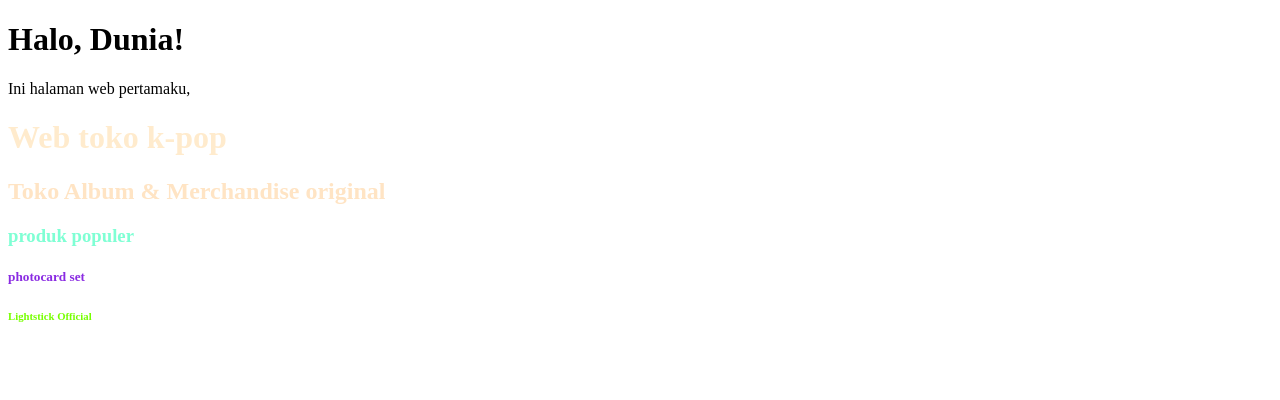
Repository: sekartazivi/241552010020-Web-Application-Development
Page: test.html
The author's editor kept a copy of each file at every save. The page is drawn from the files as they stood at one save, then again after the next save.
The browser window is 1280 px wide. The pictures show the whole page.

Above is the page before, as saved 2026-02-20 08:38:54.

### test.html
<!DOCTYPE html>
<html lang="en">
<head>
    <meta charset="UTF-8">
    <meta name="viewport" content="width=device-width, initial-scale=<,>">
    <title>Document</title>
</head>
<body>
    <h1 style="color: black;">Halo, Dunia!</h1>
    <p>Ini halaman web pertamaku,</p>
    <h1 style="color: blanchedalmond;">Web toko k-pop</h1>
    <h2 style="color: bisque;">Toko Album & Merchandise original</h2>
    <h3 style="color: aquamarine;" >produk populer</h3>
    <h4 style="color: aqua;" ></h4>
    <h5 style="color: blueviolet;">photocard set</h5>
    <h6 style="color: rgb(119, 255, 0);">Lightstick Official</h6>
</body>
</html>

After the next save:
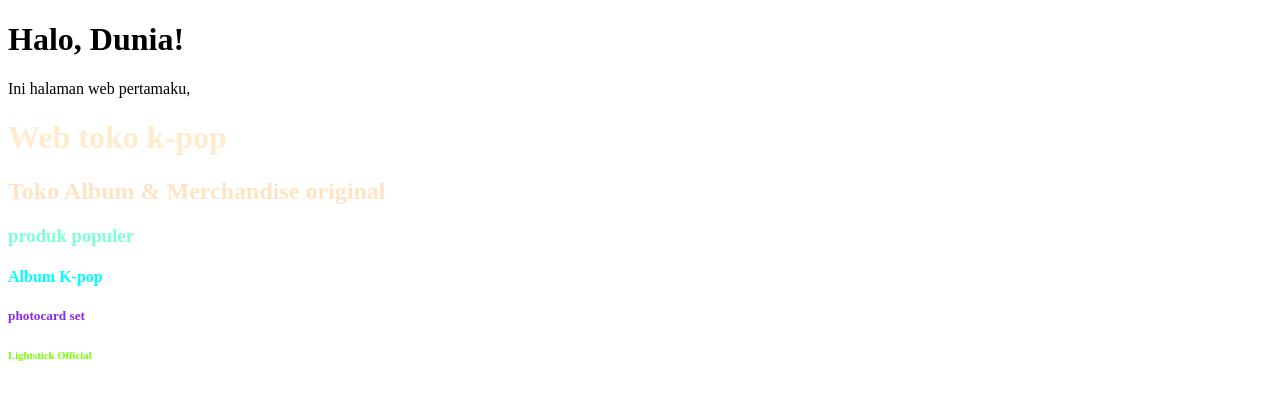
Saved 14 s later.
--- a/test.html
+++ b/test.html
@@ -11,7 +11,7 @@
     <h1 style="color: blanchedalmond;">Web toko k-pop</h1>
     <h2 style="color: bisque;">Toko Album & Merchandise original</h2>
     <h3 style="color: aquamarine;" >produk populer</h3>
-    <h4 style="color: aqua;" ></h4>
+    <h4 style="color: aqua;" >Album K-pop</h4>
     <h5 style="color: blueviolet;">photocard set</h5>
     <h6 style="color: rgb(119, 255, 0);">Lightstick Official</h6>
 </body>
